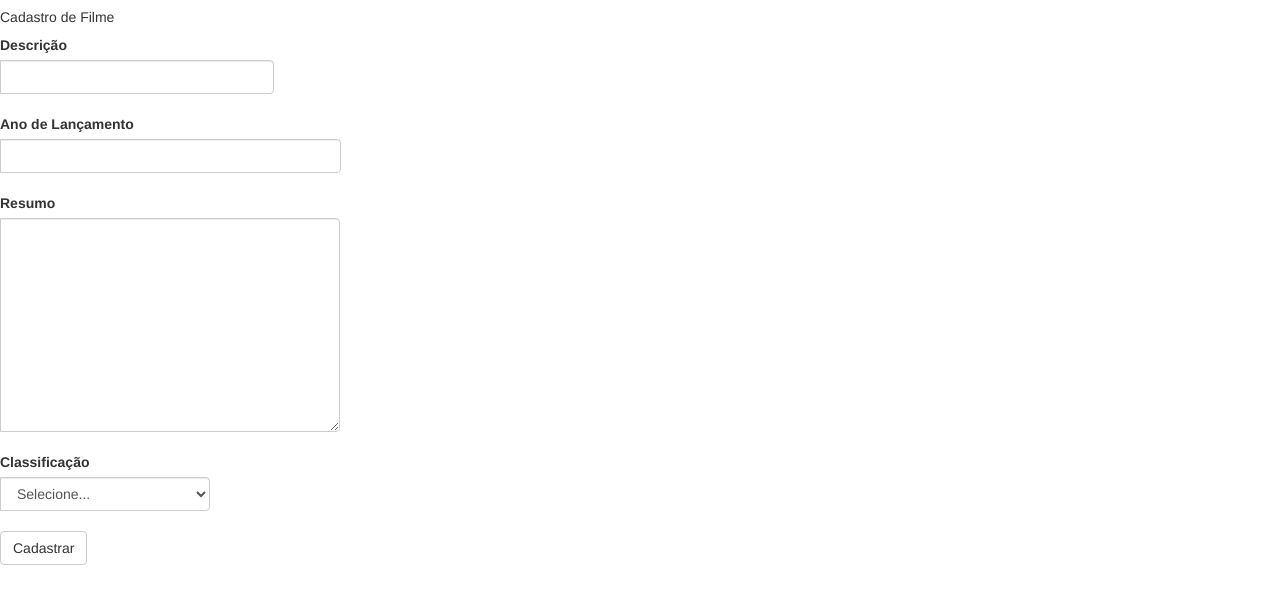
Repository: cadupedrassani/CursoDeJava
Page: Avaliação/BaseAPI/WebApp/src/main/webapp/filme/cadastro.html
These files come from the project's save history. The page is drawn as it stood at one moment and after the next save; the edit follows.
The browser window is 1280 px wide. The pictures show the whole page.

Above is the page before, as saved 2016-12-06 16:14:49.

### Avaliação/BaseAPI/WebApp/src/main/webapp/filme/cadastro.html
<!DOCTYPE html>
<html>
<head>
<meta charset="ISO-8859-1">
<title>Insert title here</title>
<link rel="stylesheet" href="/WebApp/resources/css/bootstrap.min.css">
</head>
<body>
<div>
	<h5>Cadastro de Filme</h5>
</div>
<div class="input-group">
	<label>Descrição</label>
	<input id="descricao-filme"
	       type="text"
	       class="form-control"></input>
</div>
</br>

<div class="input-group">
	<label>Ano de Lançamento</label>
	<input id="ano-filme"
	       type="text"
	       class="form-control"></input>
</div>
</br>

<div class="input-group">
	<label>Resumo</label>
	<textarea rows="10"
			  cols="30"
			  id="resumo-filme"
	       	  class="form-control"></textarea>
</div>
</br>

<div class="input-group">
	<label>Classificação</label>
		<select id="classificacao-filme" class="form-control">
    		<option value="" disabled="disabled" selected="selected">Selecione...</option>
    		<option value="1">1</option>
    		<option value="2">2</option>
    		<option value="3">3</option>
    		<option value="4">4</option>
    		<option value="5">5</option>
		</select>
</div>
</br>

<div class="input-group">
	<button id="cadastrar"
	        type="button"
	        class="btn btn-default gold"
	        onclick="cadastrarEndereco();">Cadastrar</button>
</div>

<div id="modal-mensagens" class="modal fade" tabindex="-1" role="dialog">
	<div class="modal-dialog" role="document">
		<div class="modal-content">
			<div class="modal-header">
				<h5 id="modal-title" class="modal-title"></h5>
			</div>
			<div class="modal-body">
				<label id="modal-mensagem"></label>
			</div>
			<div class="modal-footer">
				<button type="button"
						class="btn btn-default gold"
						data-dismiss="modal">OK</button>
			</div>
		</div>
	</div>
</div>

<script src="/WebApp/resources/js/jquery.min.js"></script>
<script src="/WebApp/resources/js/bootstrap.min.js"></script>
<script src="/WebApp/resources/js/default.js"></script>
<script src="/WebApp/resources/js/filme.js"></script>

</body>
</html>

### Avaliação/BaseAPI/WebApp/src/main/webapp/resources/js/default.js

function abrirTelaCadastroCategoria(){
	var url = "/WebApp/categoria/cadastro.html";
	$.get(url, '', function(data){
		$('#conteudo-principal').html(data);
	})
}

function abrirTelaPesquisaCategoria(){
	var url = "/WebApp/categoria/pesquisa.html";
	$.get(url, '', function(data){
		$('#conteudo-principal').html(data)
	})
}


function abrirTelaCadastroEndereco(){
	var url = "/WebApp/endereco/cadastro.html";
	$.get(url, '', function(data){
		$('#conteudo-principal').html(data);
	})
}

function abrirTelaCadastroFilme(){
	var url = "/WebApp/filme/cadastro.html";
	$.get(url, '', function(data){
		$('#conteudo-principal').html(data);
	})
}

### Avaliação/BaseAPI/WebApp/src/main/webapp/resources/js/filme.js
function cadastrarFilme(){

	var ano = $("#ano-filme").val();
	var classificacao = $("#classificacao-filme").val();
	var descricao = $("#descricao-filme").val();
	var duracao = $("#duracao-filme").val;
	var resumo = $("#resumo-filme").val();

	var filmeDTO = new Object();
	var operacao = "/ControleAPI/endereco/cadastrarFilme"

	filmeDTO.ano = ano;
	filmeDTO.classificacao = classificacao;
	filmeDTO.descricao = descricao;
	filmeDTO.duracao = duracao;
	filmeDTO.resumo = resumo;

	$.ajax({
		method: "POST",
		url: operacao,
		data: JSON.stringify(filmeDTO),
		contentType: "application/json"
	}).done(function (data){
		var mensagem = "";
		var titulo = "";
		if(data.mensagem != undefined && data.mensagem != null && data.mensagem != ''){
			titulo = "Atenção";
			mensagem = data.mensagem;
		}else{
			titulo = 'Sucesso';
			mensagem = "Filme cadastrado com sucesso.";
		}
		mostrarModal(titulo, mensagem)
	});
}

Loaded but not shown: Avaliação/BaseAPI/WebApp/src/main/webapp/resources/css/bootstrap.min.css (library); Avaliação/BaseAPI/WebApp/src/main/webapp/resources/js/jquery.min.js (library); Avaliação/BaseAPI/WebApp/src/main/webapp/resources/js/bootstrap.min.js (library)

After the next save:
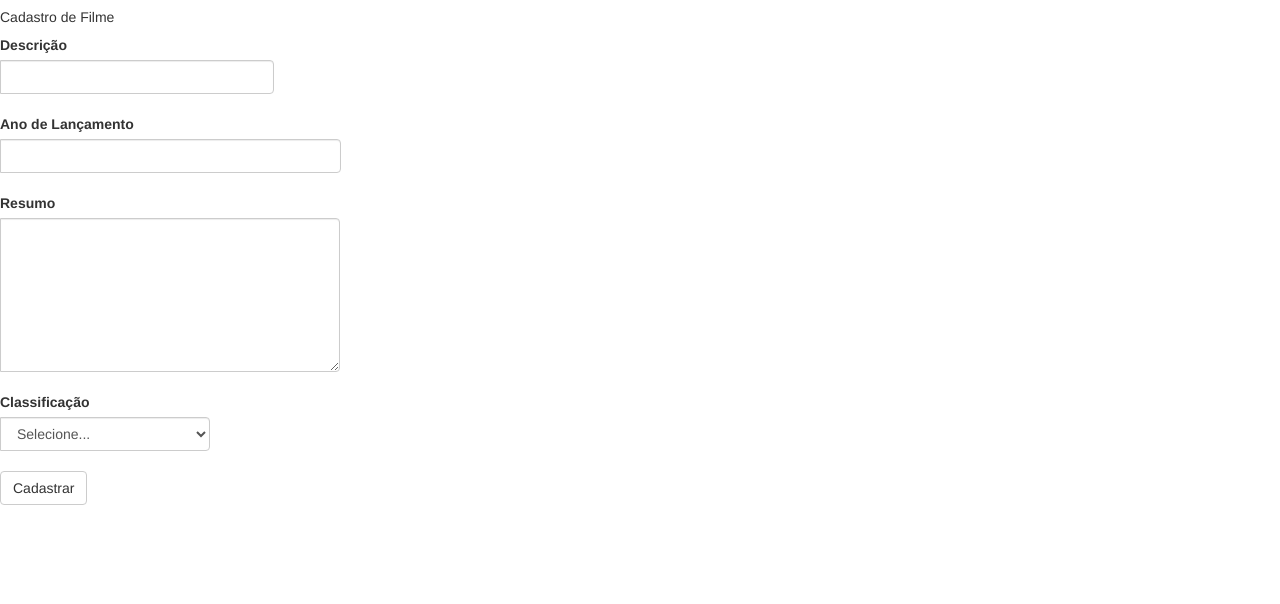
Saved 18 s later.
--- a/Avaliação/BaseAPI/WebApp/src/main/webapp/filme/cadastro.html
+++ b/Avaliação/BaseAPI/WebApp/src/main/webapp/filme/cadastro.html
@@ -27,7 +27,7 @@
 
 <div class="input-group">
 	<label>Resumo</label>
-	<textarea rows="10"
+	<textarea rows="7"
 			  cols="30"
 			  id="resumo-filme"
 	       	  class="form-control"></textarea>
